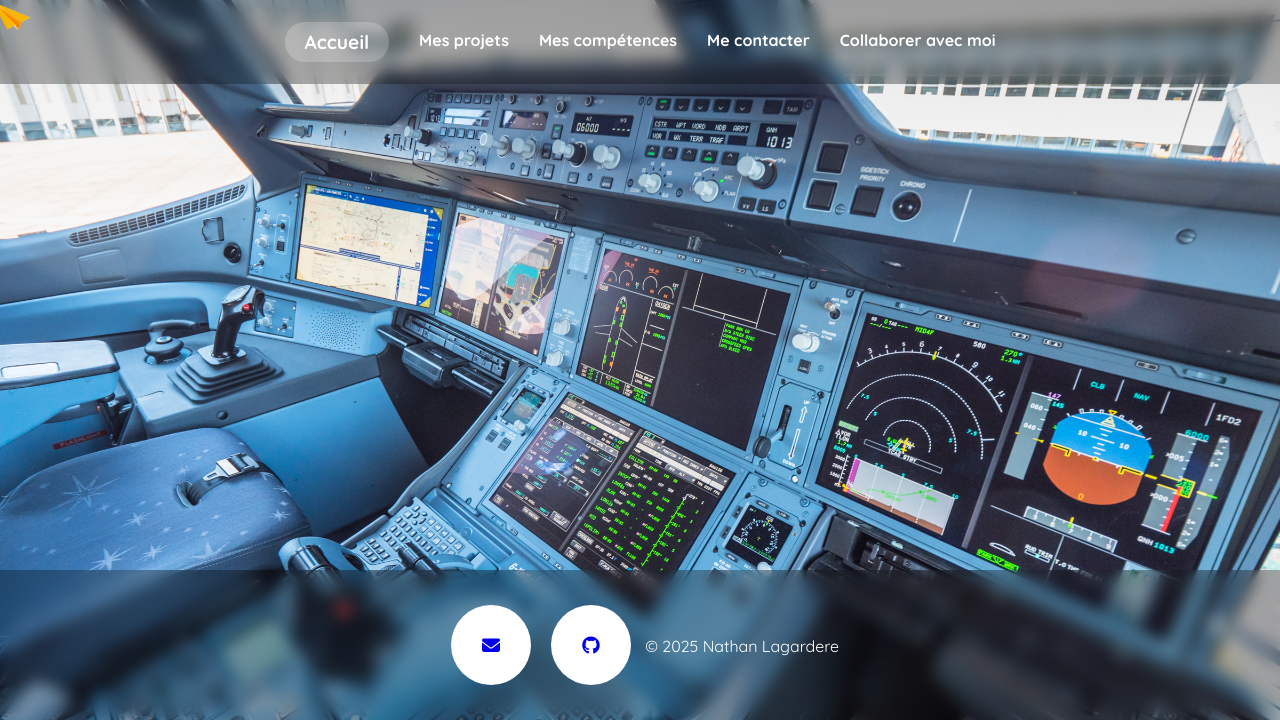
Repository: nlagardere/myportfolio
Page: projects.html
An editor plug-in stored every save of this project. The page is shown before and after a run of saves, followed by the edit.
The browser window is 1280 px wide. The pictures show the whole page.

Above is the page before, as saved 2025-09-06 10:57:06.

After the next 2 saves:
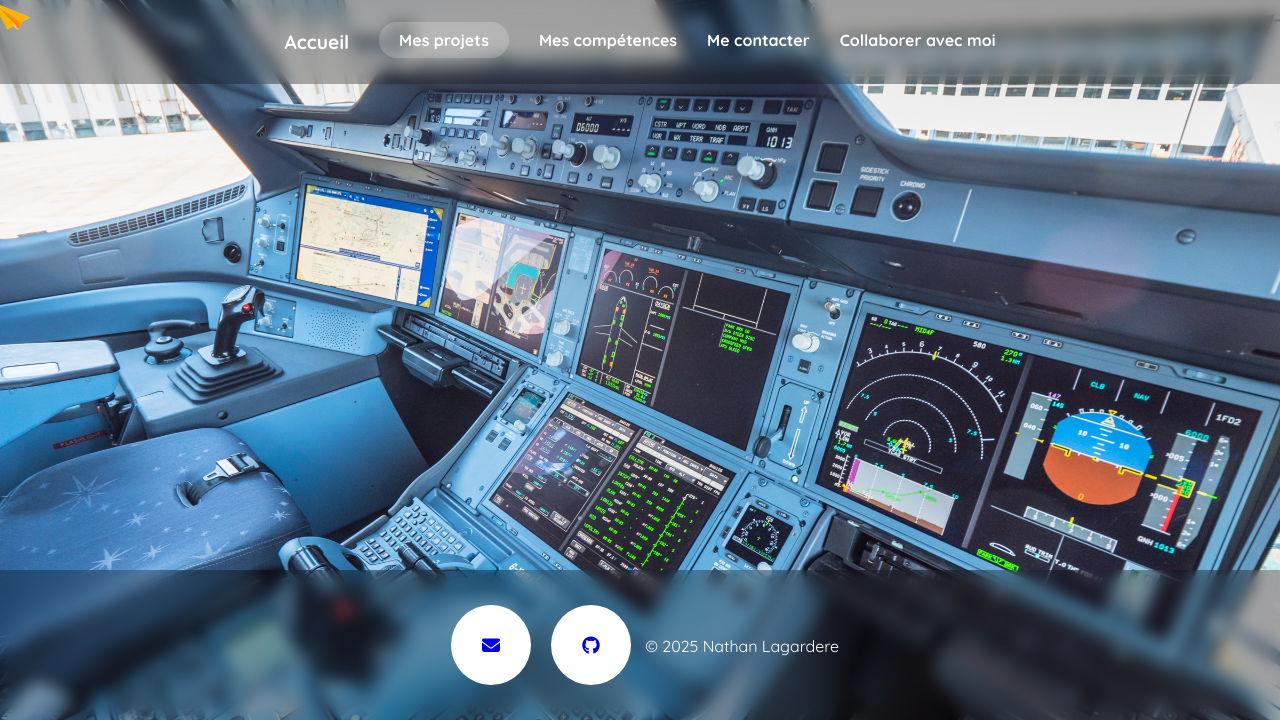
The 2 saves are shown as one change because they came seconds apart.
The last was saved 10 s later.
--- a/projects.html
+++ b/projects.html
@@ -219,9 +219,9 @@
     <nav class="navbar">
       <ul>
         <li class="accueil">
-          <a href="index - Copie.html" class="accueil-wrapper">Accueil</a>
+          <a href="index - Copie.html">Accueil</a>
         </li>
-        <li><a href="projects.html">Mes projets</a></li>
+        <li><a href="projects.html" class="accueil-wrapper">Mes projets</a></li>
         <li><a href="competences.html">Mes compétences</a></li>
         <li><a href="contact.html">Me contacter</a></li>
         <li><a href="collaborate.html">Collaborer avec moi</a></li>
